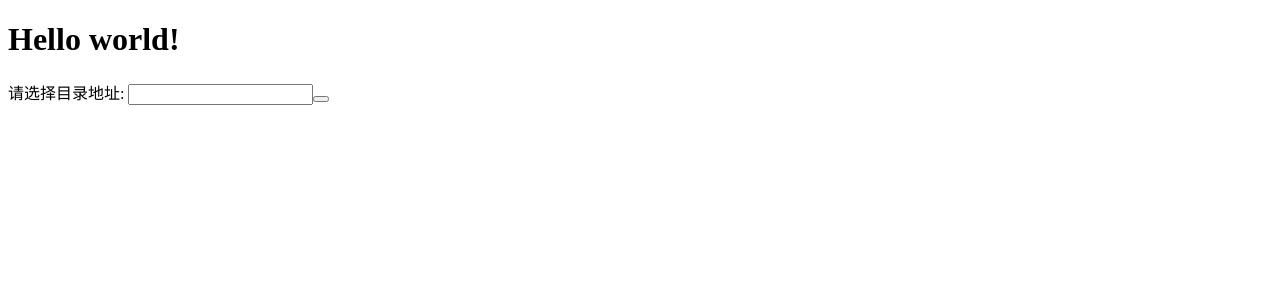
Repository: cjl1828103646/G25
Page: sqsx1/WebContent/index.html
An editor plug-in stored every save of this project. The page is shown before and after the next save, followed by the edit.
The browser window is 1280 px wide. The pictures show the whole page.

Above is the page before, as saved 2023-06-26 11:54:12.

### sqsx1/WebContent/index.html
<!DOCTYPE html>
<html>
<head>
<meta charset="UTF-8">
<title>Insert title here</title>
</head>
<body>
<h1>Hello world!</h1>
<p>请选择目录地址:  <input type="text"><button id=bt1; width:100px; hight:100px;></button></p>
</body>
</html>

After the next save:
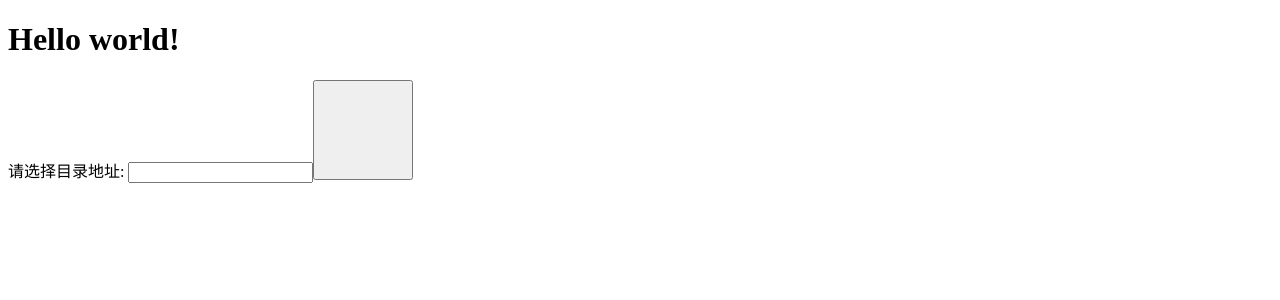
Saved 107 s later.
--- a/sqsx1/WebContent/index.html
+++ b/sqsx1/WebContent/index.html
@@ -6,6 +6,6 @@
 </head>
 <body>
 <h1>Hello world!</h1>
-<p>请选择目录地址:  <input type="text"><button id=bt1; width:100px; hight:100px;></button></p>
+<p>请选择目录地址:  <input type="text"><button id=bt1 style="height:100px;width:100px;"></button></p>
 </body>
 </html>
